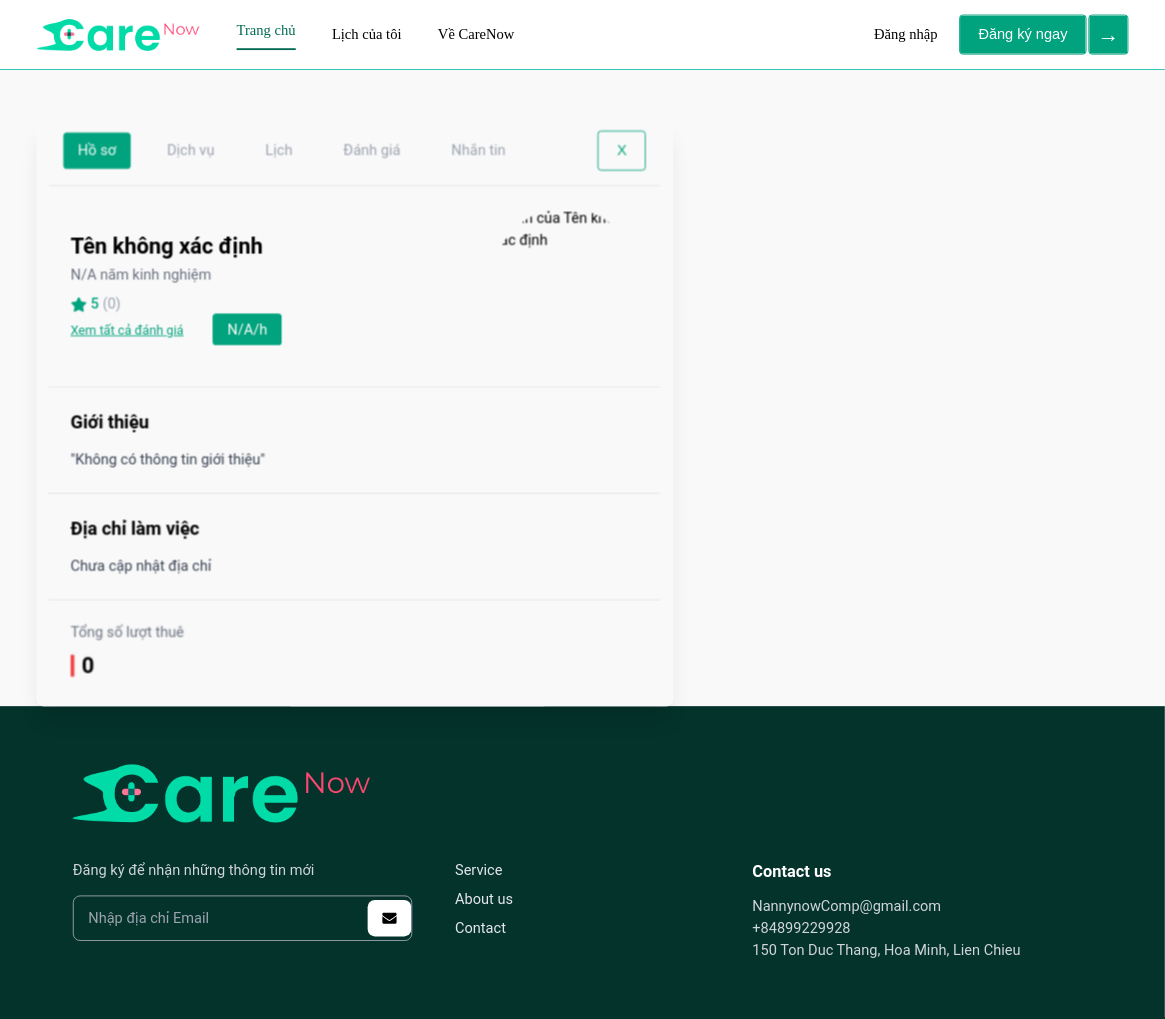
Repository: HaiNam102/FE_CareNows
Page: /profilePage
An editor plug-in stored every save of this project. The page is shown before and after the next save, followed by the edit.
The browser window is 1280 px wide. The pictures show the whole page, at 91% of full size.
An inner scrolling area shows only its first screen. The project was rebuilt for these pictures with package versions that can differ from the ones it lists, and the page was loaded fresh each time. Also part of the build but not shown: src/components/ToRegister.jsx, src/components/Calendar.jsx, src/layouts/BookService.jsx, src/components/ServiceCards.jsx, src/components/CareNowRegistration.jsx, src/pages/Home/Home.jsx, src/pages/Authen/Login/Login.jsx, src/pages/Authen/Login/Login1.jsx and 23 more.

Above is the page before, as saved 2025-04-10 20:05:18.

### src/styles/globals.css
/* Tổng quan */
body {
    font-family: 'Roboto', sans-serif;
    margin: 0;
    padding: 0;
    background-color: #f9f9f9;
  }

/* Layout chính */
/* .main-layout { */
    /* display: flex; */
    /* flex-direction: column; */
    /* align-items: center; */
    /* justify-content: center; */
    /* padding: 0px; */
  /* } */

/* Giới hạn khung nội dung */
.container {
    width: 100%;
    max-width: 1200px;
    /* padding: 0 20px; */
    margin: auto;
    /* margin-top: 40px; */
    /* padding-top: 40px; */
  }

### src/layouts/MainLayout.jsx
import React from 'react';
import Header from './Header';
import Footer from './Footer';
import ToRegister from '../components/ToRegister';

const MainLayout = ({ children }) => {
  return (
    <div className="min-h-screen">
      <Header />
      <main className="pt-32">
        <div className="container">{children}</div>
      </main>
      <Footer />
    </div>
  );
};

export default MainLayout;

### src/layouts/ProfileLayout/ProfileLayout.jsx
// Layout.jsx
import React from 'react';
import { FontAwesomeIcon } from '@fortawesome/react-fontawesome';
import { faTimes } from '@fortawesome/free-solid-svg-icons';
import HoverButton from '../../components/HoverButton';
import HoverButtonOutline from '../../components/HoverButtonOutline';
import 'animate.css';

const ProfileLayout = ({ children, activeTab, onNavigate, onClose, district, dateRange }) => {
  // Animation classes
  const fadeIn = "animate__animated animate__fadeIn";
  const slideInLeft = "animate__animated animate__slideInLeft";

  return (
    <div className={`w-[700px] h-[790px] overflow-y-auto bg-[#f9f9f9] rounded-lg shadow-xl ${fadeIn}`} style={{ animationDuration: '1s', maxHeight: '90vh', overflowY: 'auto' }}>
      <div className="max-w-2xl mx-auto">
        {/* Navigation Tabs */}
        <div className={`flex justify-between items-center p-4 ${slideInLeft}`}>
          <div className="flex space-x-6">
            <a
              href="#"
              className={`px-4 py-2 rounded ${activeTab === 'profile' ? 'text-white bg-[#00a37d]' : 'text-gray-400'}`}
              onClick={() => onNavigate('profile', district, dateRange)}
            >
              Hồ sơ
            </a>
            <a
              href="#"
              className={`px-4 py-2 ${activeTab === 'services' ? 'text-white bg-[#00a37d] rounded' : 'text-gray-400'}`}
              onClick={() => onNavigate('services', district, dateRange)}
            >
              Dịch vụ
            </a>
            <a
              href="#"
              className={`px-4 py-2 ${activeTab === 'schedule' ? 'text-white bg-[#00a37d] rounded' : 'text-gray-400'}`}
              onClick={() => onNavigate('schedule', district, dateRange)}
            >
              Lịch
            </a>
            <a
              href="#"
              className={`px-4 py-2 ${activeTab === 'reviews' ? 'text-white bg-[#00a37d] rounded' : 'text-gray-400'}`}
              onClick={() => onNavigate('reviews', district, dateRange)}
            >
              Đánh giá
            </a>
            <a
              href="#"
              className={`px-4 py-2 ${activeTab === 'messages' ? 'text-white bg-[#00a37d] rounded' : 'text-gray-400'}`}
              onClick={() => onNavigate('messages', district, dateRange)}
            >
              Nhắn tin
            </a>
          </div>
          <button
            onClick={onClose}
            className="text-[#00a37d]"
          >
             <HoverButtonOutline text="X" size="medium" showArrow={false} />
          </button>
        </div>

        {/* Content Section */}
        {children}
      </div>
    </div>
  );
};

export default ProfileLayout;

### src/layouts/Footer.jsx
import React from "react";
import { FaEnvelope } from "react-icons/fa";
import logo from "../assets/images/Logo.png"; // Import logo

const Footer = () => {
  return (
    <footer className="bg-[#04332B] text-white py-16 px-6 md:px-20">
      <div className="max-w-[1200px] mx-auto flex flex-col start">
        {/* Logo */}
        <div className="mb-10">
          <img src={logo} alt="CareNow Logo" className="h-16 w-auto" />
        </div>

        {/* Content Section */}
        <div className="w-full flex flex-col md:flex-row justify-between items-start space-y-10 md:space-y-0">
          {/* Subscription */}
          <div className="w-full md:w-1/3">
            <p className="text-gray-300">Đăng ký để nhận những thông tin mới</p>
            <div className="mt-4 flex items-center border border-gray-400 rounded-lg overflow-hidden w-full max-w-md">
              <input
                type="email"
                placeholder="Nhập địa chỉ Email"
                className="flex-1 bg-transparent px-4 py-3 outline-none text-white placeholder-gray-400"
              />
              <button className="bg-white text-black  rounded-lg px-4 py-3">
                <FaEnvelope />
              </button>
            </div>
          </div>

          {/* Links */}
          <div className="w-full md:w-1/4">
            <ul className="space-y-2 text-gray-200">
               <li><a href="#" className="hover:text-white">Service</a></li>
              <li><a href="#" className="hover:text-white">About us</a></li>
              <li><a href="#" className="hover:text-white">Contact</a></li>
            </ul>
          </div>

          {/* Contact */}
          <div className="w-full md:w-1/3">
            <h3 className="text-lg font-semibold mb-3">Contact us</h3>
            <p className="text-gray-300">NannynowComp@gmail.com</p>
            <p className="text-gray-300">+84899229928</p>
            <p className="text-gray-300">150 Ton Duc Thang, Hoa Minh, Lien Chieu</p>
          </div>
        </div>
      </div>
    </footer>
  );
};

export default Footer;

### src/components/HoverButton.jsx
import React, { useState } from "react";

const sizes = {
  small: { fontSize: "12px", height: "36px", arrowFontSize: "20px" },
  medium: { fontSize: "16px", height: "44px", arrowFontSize: "24px"},
  large: { fontSize: "20px", height: "56px", arrowFontSize: "24px"}
};

const variants = {
  primary: {
    borderColor: "#00A37D",
    backgroundColor: "#00A37D",
    textColor: "white",
    hoverTextColor: "#00A37D"
  },
  secondary: {
    borderColor: "#7F798F",
    backgroundColor: "#7F798F",
    textColor: "white",
    hoverTextColor: "#7F798F"
  }
};

const HoverButton = ({ text, showArrow = true, size = "medium", variant = "primary", onClick, className }) => {
  const [hovered, setHovered] = useState(false);
  const { fontSize, height, arrowFontSize } = sizes[size] || sizes.medium;
  const { borderColor, backgroundColor, textColor, hoverTextColor } = variants[variant] || variants.primary;

  return (
    <div
      onMouseEnter={() => setHovered(true)}
      onMouseLeave={() => setHovered(false)}
      style={{
        display: "inline-flex",
        alignItems: "center",
        gap: showArrow ? "2px" : "0px",
        transition: "all 0.3s ease-in-out", // Thêm transition cho gap
        flexShrink: 0,
        position: "relative", // Thêm position relative để có thể định vị ô mũi tên
      }}
    >
      {/* Button chính */}
      <button
        onClick={onClick}
        style={{
          fontSize,
          fontWeight: 500,
          fontFamily: "SVN-Gilroy, sans-serif",
          position: "relative",
          transition: "all 0.3s ease-in-out",
          borderRadius: "4px",
          border: `1.5px solid ${borderColor}`,
          backgroundColor: "transparent",
          color: hovered ? hoverTextColor : textColor,
          cursor: "pointer",
          height,
          display: "flex",
          alignItems: "center",
          justifyContent: "center",
          padding: "0 20px",
          overflow: "hidden",
          boxSizing: "border-box",
        }}
        className={`${className}`}
      >
        {/* Lớp phủ */}
        <span
          style={{
            position: "absolute",
            inset: 0,
            backgroundColor: backgroundColor,
            transition: "transform 0.3s ease-in-out",
            transform: hovered ? "translateY(-100%)" : "translateY(0)",
          }}
        ></span>

        <span
          style={{
            position: "relative",
            zIndex: 10,
            transition: "color 0.3s ease-in-out",
            color: hovered ? hoverTextColor : textColor,
          }}
        >
          {text}
        </span>
      </button>

      {/* Biểu tượng mũi tên */}
      {showArrow && (
        <div
          style={{
            width: height,
            height,
            display: "flex",
            alignItems: "center",
            justifyContent: "center",
            borderRadius: "4px",
            border: `1.5px solid ${borderColor}`,
            backgroundColor: "transparent",
            transition: "all 0.3s ease-in-out, transform 0.3s ease-in-out",
            overflow: "hidden",
            position: "relative",
            boxSizing: "border-box",
            transform: hovered ? "translateX(4px)" : "translateX(0)", // Di chuyển sang phải khi hover
          }}
        >
          {/* Lớp phủ */}
          <span
            style={{
              position: "absolute",
              inset: 0,
              backgroundColor: backgroundColor,
              transition: "transform 0.3s ease-in-out",
              transform: hovered ? "translateY(-100%)" : "translateY(0)",
            }}
          ></span>

          <span
            style={{
              position: "relative",
              zIndex: 10,
              color: hovered ? hoverTextColor : textColor,
              fontSize: arrowFontSize,
              fontWeight: "bold",
              transition: "color 0.3s ease-in-out",
            }}
          >
            →
          </span>
        </div>
      )}
    </div>
  );
};

export default HoverButton;

### src/pages/ProfilePage/ProfileContent.jsx
// ProfileContent.jsx
import React, { useEffect } from 'react';
import { FontAwesomeIcon } from '@fortawesome/react-fontawesome';
import { faStar } from '@fortawesome/free-solid-svg-icons';
import HoverButton from '../../components/HoverButton';

const ProfileContent = ({ profile = {} }) => {
  // Animation classes
  const fadeIn = "animate__animated animate__fadeIn";
  const bounceIn = "animate__animated animate__bounceIn";
  const pulse = "animate__animated animate__pulse";
  const fadeInUp = "animate__animated animate__fadeInUp";
  const zoomIn = "animate__animated animate__zoomIn";
  const heartBeat = "animate__animated animate__heartBeat";
  const slideInRight = "animate__animated animate__slideInRight";

  useEffect(() => {
    // Adding delay to stagger animations if needed
    const animationElements = document.querySelectorAll('.animate__animated');
    animationElements.forEach((element, index) => {
      element.style.animationDelay = `${index * 0.1}s`;
    });
  }, []);

  // Extract properties from profile data with appropriate fallbacks
  const {
    nameOfCareTaker = "Tên không xác định",
    experienceYear = "N/A",
    rating = 5.0,
    numberOfReviews = 0,
    servicePrice = "N/A",
    imgProfile = "",
    introduction = "Không có thông tin giới thiệu",
    ward = "",
    district: profileDistrict = "",
    address = "",
    totalHires = 0,
    completedHires = 0,
  } = profile;

  // Calculate full address if ward and district are available
  const fullAddress = address || (ward && profileDistrict  ? `${ward}, ${profileDistrict}, Đà Nẵng` : "Chưa cập nhật địa chỉ");

  // Format experience with "năm kinh nghiệm" suffix if it's not already included
  const formattedExperience =
    experienceYear && !String(experienceYear).includes("năm")
      ? `${experienceYear} năm kinh nghiệm`
      : experienceYear || "Chưa có thông tin kinh nghiệm";

  return (
    <>
      {/* Profile Section */}
      <div className="flex items-center justify-between p-6 border-t">
        <div className={`${fadeInUp}`} style={{ animationDuration: '1.2s' }}>
          <h1 className="text-2xl font-bold mb-1">
            {nameOfCareTaker}
          </h1>
          <p className="text-gray-500 mb-2">
             {formattedExperience}
          </p>
          <div className={`flex items-center mb-1 ${pulse}`} style={{ animationDuration: '2s', animationIterationCount: '2' }}>
            <span className="text-[#00a37d] flex items-center">
              <FontAwesomeIcon icon={faStar} className="mr-1" />
              <span className="font-medium">{rating}</span>
              <span className="text-gray-400 ml-1">({numberOfReviews})</span>
            </span>
          </div>
          <a href="#" className="text-[#00a37d] text-sm underline mr-8">
            Xem tất cả đánh giá
          </a>

          <span className={`bg-[#00a37d] text-white px-4 py-2 mb-2 rounded text-center ${heartBeat}`} style={{ animationDelay: '1s', animationDuration: '1.5s' }}>
            {servicePrice}/h
          </span>
        </div>

        <div className={`flex flex-col items-end ${bounceIn}`} style={{ animationDuration: '1.5s' }}>
          <img
            src={imgProfile}
            alt={`Ảnh của ${nameOfCareTaker}`}
            className="w-40 h-40 rounded-full mb-3 object-cover transition-transform duration-300 transform hover:scale-105"
          />
        </div>
      </div>

      {/* Introduction Section */}
      <div className={`p-6 border-t ${fadeIn}`} style={{ animationDelay: '0.3s' }}>
        <h2 className="text-xl font-bold mb-4">
          Giới thiệu
        </h2>
        <p className="text-gray-700">
          "{introduction || 'Chưa cập nhật thông tin giới thiệu'}"
        </p>
      </div>

      {/* Work Address */}
      <div className={`p-6 border-t ${fadeIn}`} style={{ animationDelay: '0.5s' }}>
        <h2 className="text-xl font-bold mb-4">
          Địa chỉ làm việc
        </h2>
        <p className="text-gray-700">
          {fullAddress}
        </p>
      </div>

      {/* Statistics */}
      <div className={`p-6 border-t ${fadeIn}`} style={{ animationDelay: '0.7s' }}>
        <div className="flex justify-between text-center">
          <div className={`flex flex-col items-start ${zoomIn}`} style={{ animationDelay: '1s' }}>
            <p className="text-gray-500 mb-2">
              Tổng số lượt thuê
            </p>
            <div className="flex items-center ">
              <div className="w-1 h-6 bg-red-500 mr-2"></div>
              <p className="text-2xl font-bold">
                {totalHires || 0}
              </p>
            </div>
          </div>
        </div>
      </div>

      {/* Booking Button */}
      <div className={`flex flex-col items-end p-6 ${slideInRight}`} style={{ animationDuration: '1s', animationDelay: '0.8s' }}>
        <HoverButton text="Đặt lịch ngay" size="medium" showArrow={true} />
      </div>
    </>
  );
};

export default ProfileContent;

### src/components/HoverButtonOutline.jsx
import React, { useState } from "react";

const sizes = {
  small: { fontSize: "12px", height: "36px", arrowFontSize: "20px" },
  medium: { fontSize: "16px", height: "44px", arrowFontSize: "24px"},
  large: { fontSize: "20px", height: "56px", arrowFontSize: "24px"}
};

const variants = {
  primary: {
    borderColor: "#00A37D",
    backgroundColor: "#00A37D",
    textColor: "#00A37D",
    hoverTextColor: "white"
  },
  secondary: {
    borderColor: "#7F798F",
    backgroundColor: "#7F798F",
    textColor: "#7F798F",
    hoverTextColor: "white"
  }
};

const HoverButtonOutline = ({ text, showArrow = true, size = "medium", variant = "primary", onClick, className }) => {
  const [hovered, setHovered] = useState(false);
  const { fontSize, height, arrowFontSize } = sizes[size] || sizes.medium;
  const { borderColor, backgroundColor, textColor, hoverTextColor } = variants[variant] || variants.primary;

  return (
    <div
      onMouseEnter={() => setHovered(true)}
      onMouseLeave={() => setHovered(false)}
      style={{
        display: "inline-flex",
        alignItems: "center",
        gap: "2px",
        transition: "none",
        flexShrink: 0,
      }}
    >
      <button
        onClick={onClick}
        style={{
          fontSize,
          fontWeight: 500,
          fontFamily: "SVN-Gilroy, sans-serif",
          position: "relative",
          transition: "all 0.3s ease-in-out",
          borderRadius: "4px",
          border: `1.5px solid ${borderColor}`,
          backgroundColor: "transparent",
          color: hovered ? hoverTextColor : textColor,
          cursor: "pointer",
          height,
          display: "flex",
          alignItems: "center",
          justifyContent: "center",
          padding: "0 20px",
          overflow: "hidden",
          boxSizing: "border-box",
        }}
        className={`${className}`}
      >
        <span
          style={{
            position: "absolute",
            inset: 0,
            backgroundColor: backgroundColor,
            transition: "transform 0.3s ease-in-out",
            transform: hovered ? "translateY(0)" : "translateY(-100%)", // Slide down from top
          }}
        ></span>

        <span
          style={{
            position: "relative",
            zIndex: 10,
            transition: "color 0.3s ease-in-out",
            color: hovered ? hoverTextColor : textColor,
          }}
        >
          {text}
        </span>
      </button>

      {showArrow && (
        <div
          style={{
            width: height,
            height,
            display: "flex",
            alignItems: "center",
            justifyContent: "center",
            borderRadius: "4px",
            border: `1.5px solid ${borderColor}`,
            backgroundColor: "transparent",
            transition: "all 0.3s ease-in-out",
            overflow: "hidden",
            position: "relative",
            boxSizing: "border-box",
          }}
        >
          <span
            style={{
              position: "absolute",
              inset: 0,
              backgroundColor: backgroundColor,
              transition: "transform 0.3s ease-in-out",
              transform: hovered ? "translateY(0)" : "translateY(-100%)", // Slide down from top
            }}
          ></span>

          <span
            style={{
              position: "relative",
              zIndex: 10,
              color: hovered ? hoverTextColor : textColor,
              fontSize: arrowFontSize,
              fontWeight: "bold",
              transition: "color 0.3s ease-in-out",
            }}
          >
            →
          </span>
        </div>
      )}
    </div>
  );
};

export default HoverButtonOutline;

Loaded but not shown: public/index.html (common file); src/index.css (common file); src/reportWebVitals.js (common file); src/App.js (101 lines, source omitted); src/index.js (18 lines, source omitted); tailwind.config.js (8 lines, source omitted); src/layouts/Header.jsx (215 lines, source omitted); src/pages/ProfilePage/ProfilePage.jsx (176 lines, source omitted)

After the next save:
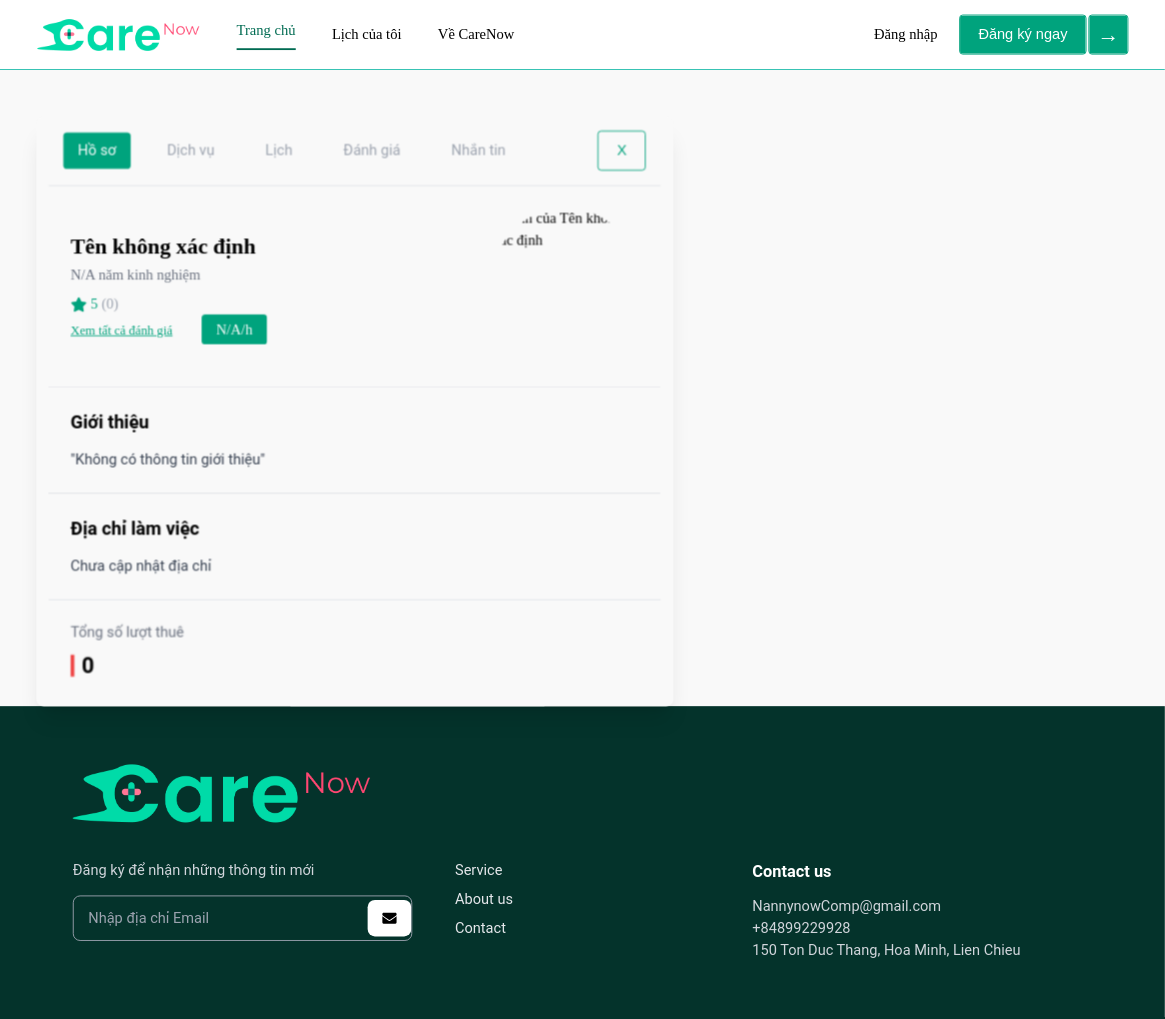
Saved 2 min 53 s later.
--- a/src/pages/ProfilePage/ProfileContent.jsx
+++ b/src/pages/ProfilePage/ProfileContent.jsx
@@ -50,7 +50,7 @@ const ProfileContent = ({ profile = {} }) => {
   return (
     <>
       {/* Profile Section */}
-      <div className="flex items-center justify-between p-6 border-t">
+      <div className="flex items-center justify-between p-6 border-t font-['SVN-Gilroy']">
         <div className={`${fadeInUp}`} style={{ animationDuration: '1.2s' }}>
           <h1 className="text-2xl font-bold mb-1">
             {nameOfCareTaker}
